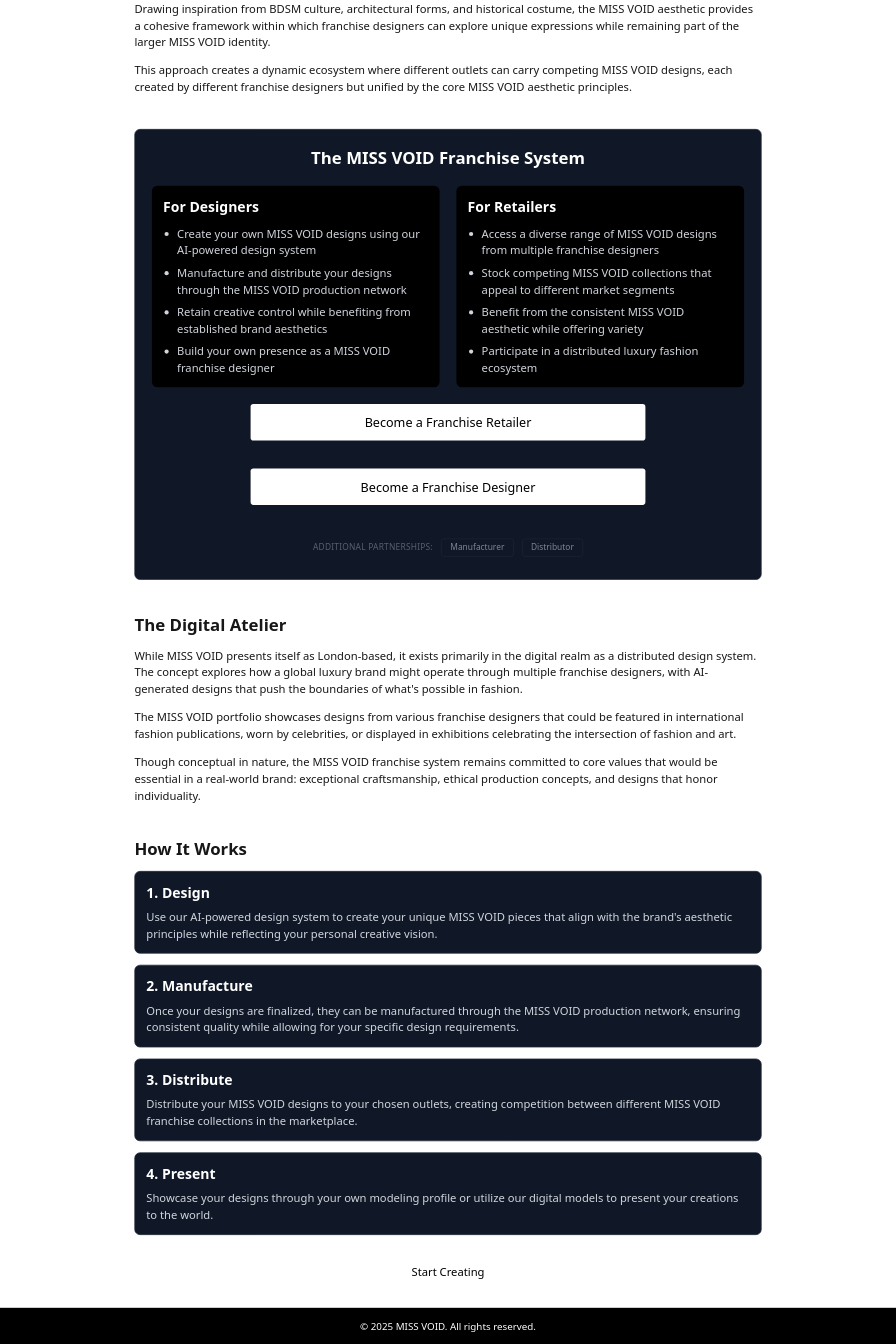
Repository: b0ase/missvoid2
Page: /about
These files come from the project's save history. The page is drawn as it stood at one moment and after the next save; the edit follows.
The browser window is 1280 px wide. The pictures show the part of the page from y = 796 to 2716 px (the page is 2716 px tall before and 2580 px after), at 70% of full size.
The project was rebuilt for these pictures with package versions that can differ from the ones it lists, and the page was loaded fresh each time. The framework's server and built-in components were replaced by stand-ins that run in the browser. Also part of the build but not shown: next.config.js.

Above is the page before, as saved 2025-05-08 20:23:30.

### src/app/layout.tsx
import "./globals.css";
import type { Metadata } from "next";
import { Inter } from "next/font/google";
import Script from "next/script";
import Navigation from "./components/Navigation";
import { DevModeProvider } from "./context/DevModeContext";

const inter = Inter({
  subsets: ["latin"],
  variable: "--font-inter",
});

export const metadata: Metadata = {
  title: "MISS VOID Gallery",
  description: "Gallery of MISS VOID images and collections",
  other: {
    "content-security-policy": "default-src 'self'; img-src 'self' data: blob: https:; script-src 'self' 'unsafe-eval' 'unsafe-inline' blob: https://vercel.live https://*.vercel.app; style-src 'self' 'unsafe-inline'; font-src 'self'; connect-src 'self' ws: wss: https://api.stability.ai https://*.vercel.app; worker-src 'self' blob:;"
  }
};

export default function RootLayout({
  children,
}: {
  children: React.ReactNode;
}) {
  return (
    <html lang="en">
      <body className={`${inter.variable} antialiased min-h-screen flex flex-col`}>
        <DevModeProvider>
          <Navigation />
          <main className="flex-grow">
            {children}
          </main>
          <footer className="bg-black text-white py-4 text-center text-sm">
            <div className="container mx-auto px-4">
              <p>© {new Date().getFullYear()} MISS VOID. All rights reserved.</p>
            </div>
          </footer>
        </DevModeProvider>
        <Script src="/csp-bypass.js" strategy="beforeInteractive" />
      </body>
    </html>
  );
}

### src/app/about/page.tsx
"use client";

import Image from 'next/image';
import Link from 'next/link';

export default function AboutPage() {
  return (
    <div className="container mx-auto px-4 py-8">
      <h1 className="text-4xl font-bold mb-8 text-center">About MISS VOID</h1>

      <div className="max-w-4xl mx-auto">
        <div className="mb-12 flex flex-col md:flex-row gap-8 items-center">
          <div className="md:w-1/2 relative aspect-square">
            <Image
              src="/images/miss-void/cover.jpg"
              alt="MISS VOID concept image"
              fill
              className="object-cover rounded-lg"
            />
          </div>
          <div className="md:w-1/2">
            <h2 className="text-2xl font-bold mb-4">The Concept</h2>
            <p className="mb-4">
              MISS VOID is a conceptual fashion franchise system where designers can create and distribute their own branded
              items under the MISS VOID aesthetic umbrella. The platform represents a vision of fashion that challenges
              conventional boundaries through a decentralized approach to luxury design.
            </p>
            <p className="mb-4">
              Conceived as a digital-first fashion ecosystem, MISS VOID enables franchise designers to create and
              manufacture items that embrace both the dark elegance of fetish culture and the precision of architectural design.
            </p>
            <p>
              Each franchise designer maintains creative control over their specific MISS VOID designs while benefiting
              from the brand's established aesthetic and manufacturing capabilities.
            </p>
          </div>
        </div>

        <div className="mb-12">
          <h2 className="text-2xl font-bold mb-4">Franchise Philosophy</h2>
          <p className="mb-4">
            The MISS VOID concept is built on the belief that fashion is a powerful form of self-expression that
            should not be limited to a single creative voice. Our franchise system allows multiple designers to
            contribute to and benefit from the MISS VOID brand while maintaining their individual identities.
          </p>
          <p className="mb-4">
            Drawing inspiration from BDSM culture, architectural forms, and historical costume, the MISS VOID aesthetic provides
            a cohesive framework within which franchise designers can explore unique expressions while remaining part of the
            larger MISS VOID identity.
          </p>
          <p>
            This approach creates a dynamic ecosystem where different outlets can carry competing MISS VOID designs,
            each created by different franchise designers but unified by the core MISS VOID aesthetic principles.
          </p>
        </div>

        <div className="mb-12 bg-gray-900 p-6 rounded-lg border border-gray-800">
          <h2 className="text-2xl font-bold mb-6 text-white text-center">The MISS VOID Franchise System</h2>

          <div className="grid grid-cols-1 md:grid-cols-2 gap-6 mb-4">
            <div className="bg-black p-4 rounded-lg">
              <h3 className="text-xl font-bold text-white mb-3">For Designers</h3>
              <ul className="text-gray-300 space-y-2 list-disc pl-5">
                <li>Create your own MISS VOID designs using our AI-powered design system</li>
                <li>Manufacture and distribute your designs through the MISS VOID production network</li>
                <li>Retain creative control while benefiting from established brand aesthetics</li>
                <li>Build your own presence as a MISS VOID franchise designer</li>
              </ul>
            </div>

            <div className="bg-black p-4 rounded-lg">
              <h3 className="text-xl font-bold text-white mb-3">For Retailers</h3>
              <ul className="text-gray-300 space-y-2 list-disc pl-5">
                <li>Access a diverse range of MISS VOID designs from multiple franchise designers</li>
                <li>Stock competing MISS VOID collections that appeal to different market segments</li>
                <li>Benefit from the consistent MISS VOID aesthetic while offering variety</li>
                <li>Participate in a distributed luxury fashion ecosystem</li>
              </ul>
            </div>
          </div>

          <div className="text-center mt-6 space-y-4">
            <div className="grid grid-cols-1 gap-4">
              <Link href="/contact" className="inline-block bg-white text-black py-3 px-6 rounded hover:bg-gray-200 transition w-full md:w-2/3 mx-auto font-medium text-lg">
                Become a Franchise Retailer
              </Link>
            </div>

            <Link href="/design" className="inline-block bg-white text-black py-3 px-6 rounded hover:bg-gray-200 transition mt-6 w-full md:w-2/3 mx-auto font-medium text-lg">
              Become a Franchise Designer
            </Link>

            <div className="flex flex-col sm:flex-row justify-center items-center gap-3 mt-8 mb-2 opacity-80">
              <span className="text-gray-500 text-xs uppercase tracking-wide">Additional partnerships:</span>
              <div className="flex flex-wrap gap-3 justify-center">
                <Link href="/contact" className="text-xs inline-block bg-transparent border border-gray-800 text-gray-400 py-1 px-3 rounded hover:bg-gray-900 hover:text-gray-300 transition">
                  Manufacturer
                </Link>
                <Link href="/contact" className="text-xs inline-block bg-transparent border border-gray-800 text-gray-400 py-1 px-3 rounded hover:bg-gray-900 hover:text-gray-300 transition">
                  Distributor
                </Link>
              </div>
            </div>
          </div>
        </div>

        <div className="mb-12">
          <h2 className="text-2xl font-bold mb-4">The Digital Atelier</h2>
          <p className="mb-4">
            While MISS VOID presents itself as London-based, it exists primarily in the digital realm as a distributed design system.
            The concept explores how a global luxury brand might operate through multiple franchise designers, with AI-generated
            designs that push the boundaries of what's possible in fashion.
          </p>
          <p className="mb-4">
            The MISS VOID portfolio showcases designs from various franchise designers that could be featured in international
            fashion publications, worn by celebrities, or displayed in exhibitions celebrating the intersection of fashion and art.
          </p>
          <p>
            Though conceptual in nature, the MISS VOID franchise system remains committed to core values that would be essential
            in a real-world brand: exceptional craftsmanship, ethical production concepts, and designs that honor individuality.
          </p>
        </div>

        <div>
          <h2 className="text-2xl font-bold mb-4">How It Works</h2>
          <div className="space-y-4">
            <div className="bg-gray-900 p-4 rounded-lg border border-gray-800">
              <h3 className="text-xl font-semibold text-white mb-2">1. Design</h3>
              <p className="text-gray-300">
                Use our AI-powered design system to create your unique MISS VOID pieces that align with the brand's
                aesthetic principles while reflecting your personal creative vision.
              </p>
            </div>

            <div className="bg-gray-900 p-4 rounded-lg border border-gray-800">
              <h3 className="text-xl font-semibold text-white mb-2">2. Manufacture</h3>
              <p className="text-gray-300">
                Once your designs are finalized, they can be manufactured through the MISS VOID production network,
                ensuring consistent quality while allowing for your specific design requirements.
              </p>
            </div>

            <div className="bg-gray-900 p-4 rounded-lg border border-gray-800">
              <h3 className="text-xl font-semibold text-white mb-2">3. Distribute</h3>
              <p className="text-gray-300">
                Distribute your MISS VOID designs to your chosen outlets, creating competition between different
                MISS VOID franchise collections in the marketplace.
              </p>
            </div>

            <div className="bg-gray-900 p-4 rounded-lg border border-gray-800">
              <h3 className="text-xl font-semibold text-white mb-2">4. Present</h3>
              <p className="text-gray-300">
                Showcase your designs through your own modeling profile or utilize our digital models to present
                your creations to the world.
              </p>
            </div>
          </div>

          <div className="mt-8 text-center">
            <Link href="/design" className="inline-block bg-white text-black py-2 px-8 rounded hover:bg-gray-200 transition">
              Start Creating
            </Link>
          </div>
        </div>
      </div>
    </div>
  );
}

### src/app/globals.css
@import "tailwindcss";

:root {
  --background: #ffffff;
  --foreground: #171717;
}

@theme inline {
  --color-background: var(--background);
  --color-foreground: var(--foreground);
  --font-sans: var(--font-inter);
}

@media (prefers-color-scheme: dark) {
  :root {
    --background: #0a0a0a;
    --foreground: #ededed;
  }
}

body {
  background: var(--background);
  color: var(--foreground);
  font-family: var(--font-sans), Arial, Helvetica, sans-serif;
}

/* Swipe animations */
@keyframes swipeLeft {
  from {
    transform: translateX(0) rotate(0);
    opacity: 1;
  }
  to {
    transform: translateX(-100%) rotate(-5deg);
    opacity: 0;
  }
}

@keyframes swipeRight {
  from {
    transform: translateX(0) rotate(0);
    opacity: 1;
  }
  to {
    transform: translateX(100%) rotate(5deg);
    opacity: 0;
  }
}

@keyframes fadeIn {
  from {
    opacity: 0;
    transform: scale(0.9);
  }
  to {
    opacity: 1;
    transform: scale(1);
  }
}

.swipe-left {
  animation: swipeLeft 0.3s ease-out forwards;
}

.swipe-right {
  animation: swipeRight 0.3s ease-out forwards;
}

.fade-in {
  animation: fadeIn 0.3s ease-out forwards;
}

/* Animation for mobile menu */
.animate-fadeIn {
  animation: fadeIn 0.2s ease-out forwards;
}

/* Removing swipe indicator styles since they're no longer used */

/* Scrollable descriptions on mobile */
.scrollable-description {
  max-height: 50vh; /* Limit height to half the viewport height */
  overflow-y: auto; /* Enable vertical scrolling */
  padding: 1rem; /* Add some padding for better readability */
}

### src/app/context/DevModeContext.tsx
"use client";

import React, { createContext, useContext, useState, ReactNode } from 'react';

interface DevModeContextType {
  isDevMode: boolean;
  toggleDevMode: (password: string) => boolean;
  exitDevMode: () => void;
}

const DevModeContext = createContext<DevModeContextType | undefined>(undefined);

export function DevModeProvider({ children }: { children: ReactNode }) {
  const [isDevMode, setIsDevMode] = useState(false);
  const DEV_PASSWORD = 'MissVoid123';

  const toggleDevMode = (password: string): boolean => {
    if (password === DEV_PASSWORD) {
      setIsDevMode(true);
      return true;
    }
    return false;
  };

  const exitDevMode = () => {
    setIsDevMode(false);
  };

  return (
    <DevModeContext.Provider value={{ isDevMode, toggleDevMode, exitDevMode }}>
      {children}
    </DevModeContext.Provider>
  );
}

export function useDevMode() {
  const context = useContext(DevModeContext);
  if (context === undefined) {
    throw new Error('useDevMode must be used within a DevModeProvider');
  }
  return context;
}

### src/app/components/DevModeToggle.tsx
"use client";

import { useState } from 'react';
import { useDevMode } from '../context/DevModeContext';

export default function DevModeToggle() {
  const { isDevMode, toggleDevMode, exitDevMode } = useDevMode();
  const [isModalOpen, setIsModalOpen] = useState(false);
  const [password, setPassword] = useState('');
  const [error, setError] = useState('');

  const handleToggleModal = () => {
    setIsModalOpen(!isModalOpen);
    setPassword('');
    setError('');
  };

  const handleSubmit = (e: React.FormEvent) => {
    e.preventDefault();
    const success = toggleDevMode(password);
    if (success) {
      setIsModalOpen(false);
      setPassword('');
      setError('');
    } else {
      setError('Incorrect password');
    }
  };

  return (
    <div className="relative">
      <button
        onClick={isDevMode ? exitDevMode : handleToggleModal}
        className="flex items-center justify-center p-2 rounded-full"
        aria-label={isDevMode ? "Exit Dev Mode" : "Enter Dev Mode"}
        title={isDevMode ? "Exit Dev Mode" : "Dev Mode"}
      >
        {/* Padlock Icon */}
        <svg
          xmlns="http://www.w3.org/2000/svg"
          viewBox="0 0 24 24"
          fill="none"
          stroke="currentColor"
          strokeWidth="2"
          strokeLinecap="round"
          strokeLinejoin="round"
          className={`w-5 h-5 ${isDevMode ? "text-red-500" : "text-gray-400"}`}
        >
          {isDevMode ? (
            <>
              <rect x="3" y="11" width="18" height="11" rx="2" ry="2"></rect>
              <path d="M7 11V7a5 5 0 0 1 10 0v4"></path>
              <line x1="12" y1="16" x2="12" y2="16.01"></line>
            </>
          ) : (
            <>
              <rect x="3" y="11" width="18" height="11" rx="2" ry="2"></rect>
              <path d="M7 11V7a5 5 0 0 1 10 0v4"></path>
            </>
          )}
        </svg>

        {isDevMode && (
          <span className="absolute -top-1 -right-1 w-3 h-3 bg-red-500 rounded-full"></span>
        )}
      </button>

      {/* Password Modal */}
      {isModalOpen && !isDevMode && (
        <div className="fixed inset-0 flex items-center justify-center z-50">
          <div className="absolute inset-0 bg-black opacity-50" onClick={handleToggleModal}></div>
          <div className="bg-white p-6 rounded-lg shadow-xl z-10 w-full max-w-sm">
            <h3 className="text-xl font-bold mb-4">Enter Dev Mode</h3>
            <form onSubmit={handleSubmit}>
              <div className="mb-4">
                <label htmlFor="password" className="block text-sm font-medium text-gray-700 mb-1">
                  Password
                </label>
                <input
                  type="password"
                  id="password"
                  value={password}
                  onChange={(e) => setPassword(e.target.value)}
                  className="w-full px-3 py-2 border border-gray-300 rounded-md shadow-sm focus:outline-none focus:ring-2 focus:ring-black"
                  placeholder="Enter password"
                />
                {error && <p className="text-red-500 text-sm mt-1">{error}</p>}
              </div>
              <div className="flex justify-end space-x-3">
                <button
                  type="button"
                  onClick={handleToggleModal}
                  className="px-4 py-2 text-sm font-medium text-gray-700 bg-gray-100 rounded-md hover:bg-gray-200 focus:outline-none focus:ring-2 focus:ring-offset-2 focus:ring-gray-500"
                >
                  Cancel
                </button>
                <button
                  type="submit"
                  className="px-4 py-2 text-sm font-medium text-white bg-black rounded-md hover:bg-gray-800 focus:outline-none focus:ring-2 focus:ring-offset-2 focus:ring-black"
                >
                  Enter
                </button>
              </div>
            </form>
          </div>
        </div>
      )}
    </div>
  );
}

Loaded but not shown: public/csp-bypass.js (17 lines, source omitted); src/app/components/Navigation.tsx (187 lines, source omitted)

After the next save:
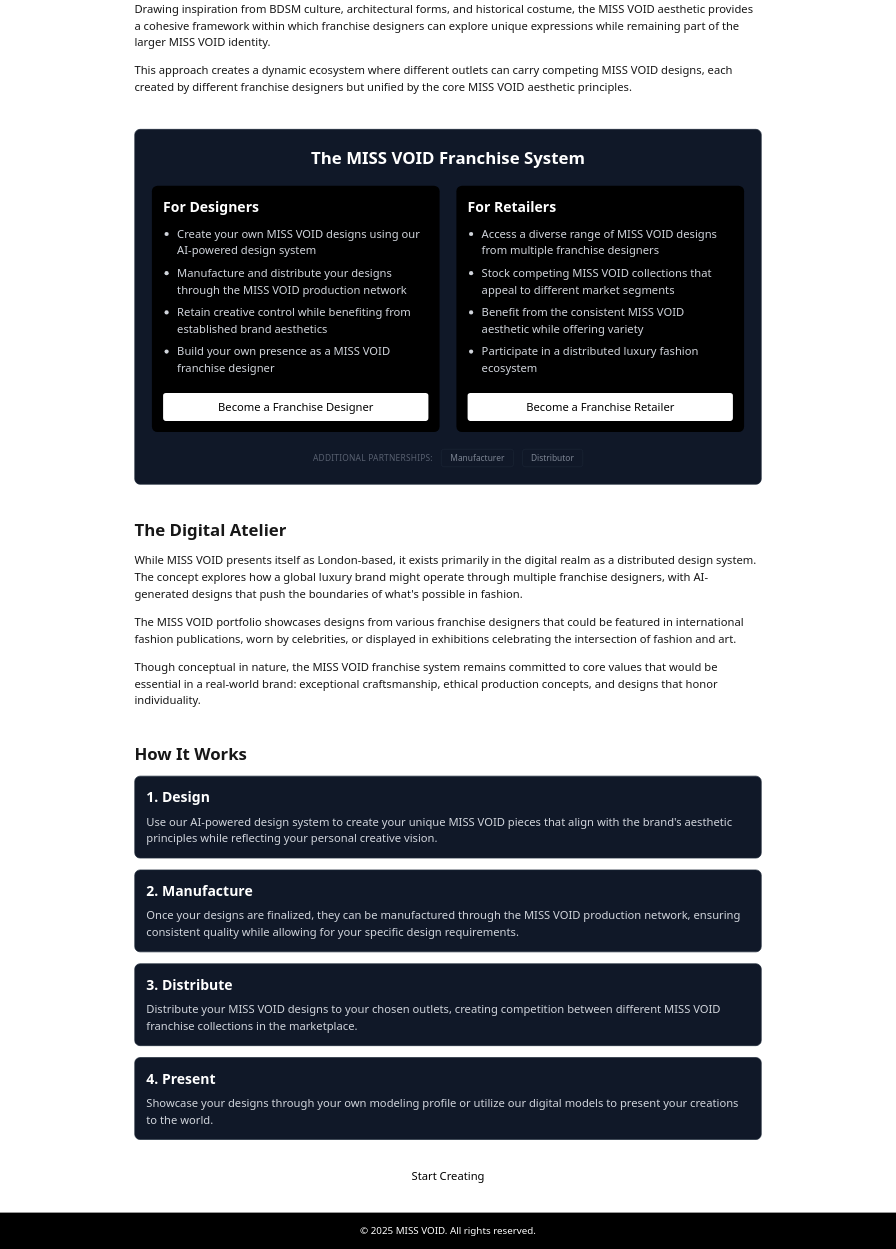
Saved 50 s later.
--- a/src/app/about/page.tsx
+++ b/src/app/about/page.tsx
@@ -58,39 +58,35 @@
           <h2 className="text-2xl font-bold mb-6 text-white text-center">The MISS VOID Franchise System</h2>
 
           <div className="grid grid-cols-1 md:grid-cols-2 gap-6 mb-4">
-            <div className="bg-black p-4 rounded-lg">
+            <div className="bg-black p-4 rounded-lg flex flex-col">
               <h3 className="text-xl font-bold text-white mb-3">For Designers</h3>
-              <ul className="text-gray-300 space-y-2 list-disc pl-5">
+              <ul className="text-gray-300 space-y-2 list-disc pl-5 mb-6 flex-grow">
                 <li>Create your own MISS VOID designs using our AI-powered design system</li>
                 <li>Manufacture and distribute your designs through the MISS VOID production network</li>
                 <li>Retain creative control while benefiting from established brand aesthetics</li>
                 <li>Build your own presence as a MISS VOID franchise designer</li>
               </ul>
+              <Link href="/design" className="inline-block bg-white text-black py-2 px-6 rounded hover:bg-gray-200 transition w-full text-center font-medium">
+                Become a Franchise Designer
+              </Link>
             </div>
 
-            <div className="bg-black p-4 rounded-lg">
+            <div className="bg-black p-4 rounded-lg flex flex-col">
               <h3 className="text-xl font-bold text-white mb-3">For Retailers</h3>
-              <ul className="text-gray-300 space-y-2 list-disc pl-5">
+              <ul className="text-gray-300 space-y-2 list-disc pl-5 mb-6 flex-grow">
                 <li>Access a diverse range of MISS VOID designs from multiple franchise designers</li>
                 <li>Stock competing MISS VOID collections that appeal to different market segments</li>
                 <li>Benefit from the consistent MISS VOID aesthetic while offering variety</li>
                 <li>Participate in a distributed luxury fashion ecosystem</li>
               </ul>
+              <Link href="/contact" className="inline-block bg-white text-black py-2 px-6 rounded hover:bg-gray-200 transition w-full text-center font-medium">
+                Become a Franchise Retailer
+              </Link>
             </div>
           </div>
 
-          <div className="text-center mt-6 space-y-4">
-            <div className="grid grid-cols-1 gap-4">
-              <Link href="/contact" className="inline-block bg-white text-black py-3 px-6 rounded hover:bg-gray-200 transition w-full md:w-2/3 mx-auto font-medium text-lg">
-                Become a Franchise Retailer
-              </Link>
-            </div>
-
-            <Link href="/design" className="inline-block bg-white text-black py-3 px-6 rounded hover:bg-gray-200 transition mt-6 w-full md:w-2/3 mx-auto font-medium text-lg">
-              Become a Franchise Designer
-            </Link>
-
-            <div className="flex flex-col sm:flex-row justify-center items-center gap-3 mt-8 mb-2 opacity-80">
+          <div className="text-center mt-6">
+            <div className="flex flex-col sm:flex-row justify-center items-center gap-3 opacity-80">
               <span className="text-gray-500 text-xs uppercase tracking-wide">Additional partnerships:</span>
               <div className="flex flex-wrap gap-3 justify-center">
                 <Link href="/contact" className="text-xs inline-block bg-transparent border border-gray-800 text-gray-400 py-1 px-3 rounded hover:bg-gray-900 hover:text-gray-300 transition">
